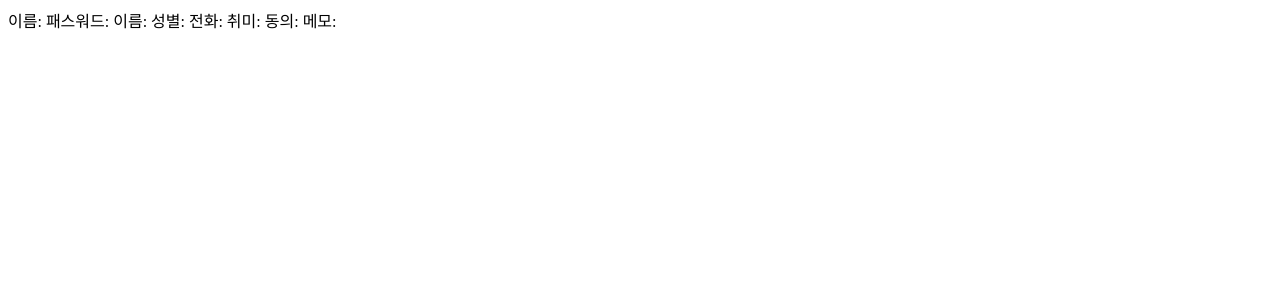
Repository: ProSleeper/itwill
Page: http://localhost/study/day1/test2_ok.jsp
The author's editor kept a copy of each file at every save. The page is drawn from the files as they stood at one save, then again after the next save.
The browser window is 1280 px wide. The pictures show the whole page.
The page is served by Tomcat 9.

Above is the page before, as saved 2022-07-18 03:02:00.

### study/WebContent/day1/test2_ok.jsp
<%@ page language="java" contentType="text/html; charset=UTF-8"
	pageEncoding="UTF-8"%>

<%
	request.setCharacterEncoding("UTF-8");

	String userId = request.getParameter("userId");
	String userPwd = request.getParameter("userPwd");
	String userName = request.getParameter("userName");

	String gender = request.getParameter("gender");
	String tel1 = request.getParameter("tel1");
	String tel2 = request.getParameter("tel2");
	String tel3 = request.getParameter("tel3");


	String hobby = request.getParameter("hobby");
	String agreeChk = request.getParameter("agreeChk");
	String memo = request.getParameter("memo");




%>
<!DOCTYPE html>
<html>
<head>
<meta charset="UTF-8">
<title>Insert title here</title>
</head>
<body>

이름:
패스워드:
이름:
성별:
전화:
취미:
동의:
메모:






</body>
</html>

After the next save:
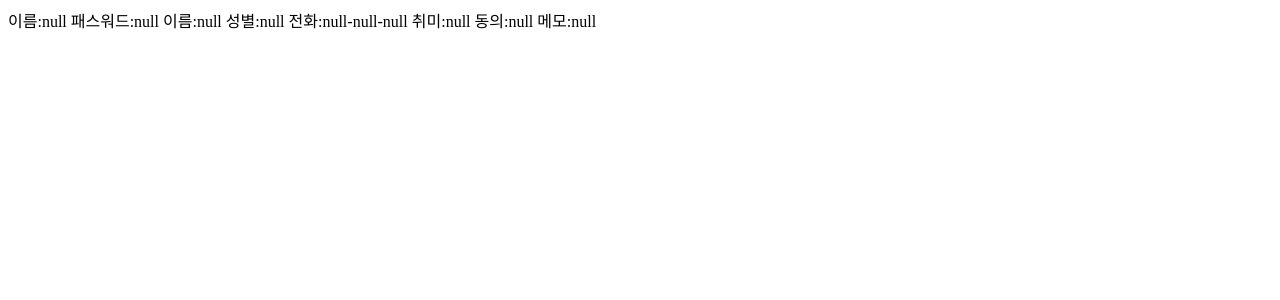
Saved 53 s later.
--- a/study/WebContent/day1/test2_ok.jsp
+++ b/study/WebContent/day1/test2_ok.jsp
@@ -30,14 +30,14 @@
 </head>
 <body>
 
-이름:
-패스워드:
-이름:
-성별:
-전화:
-취미:
-동의:
-메모:
+이름:<%=userId %>
+패스워드:<%=userPwd %>
+이름:<%=userName %>
+성별:<%=gender %>
+전화:<%=tel1 %>-<%=tel2 %>-<%=tel3 %>
+취미:<%=hobby %>
+동의:<%=agreeChk %>
+메모:<%=memo %>
 
 
 
